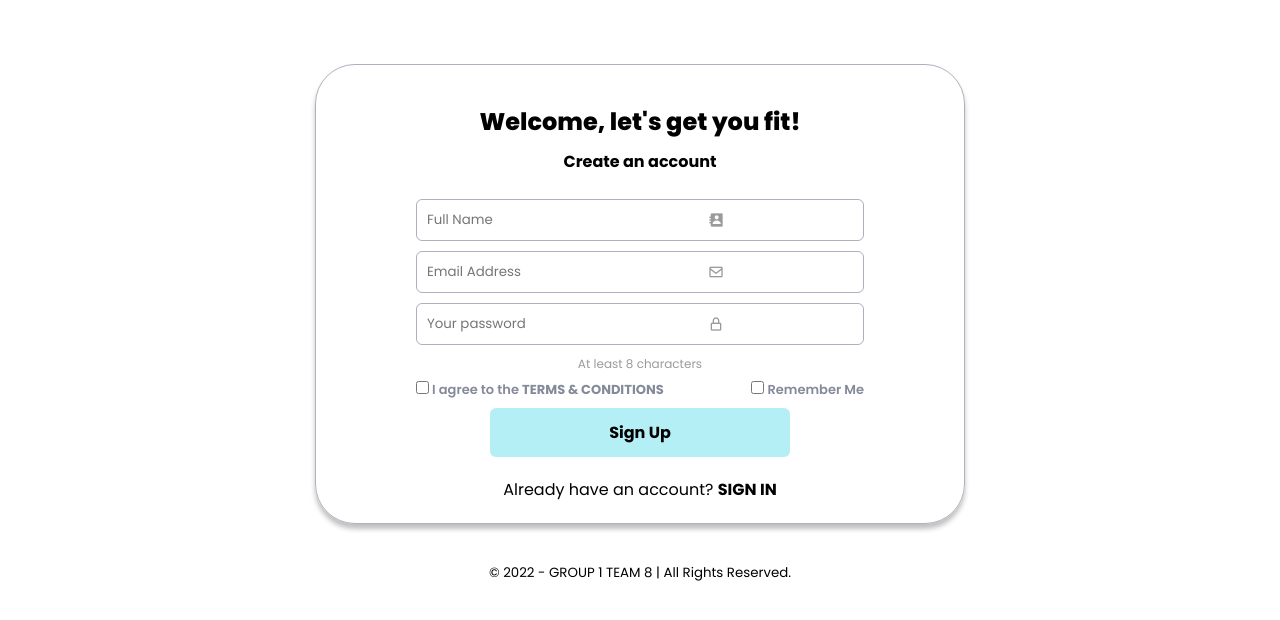
Repository: Rellzcodez/Group1-Team8
Page: pages/signup.html
The author's editor kept a copy of each file at every save. The page is drawn from the files as they stood at one save, then again after a run of saves.
The browser window is 1280 px wide. The pictures show the whole page.

Above is the page before, as saved 2022-09-12 14:01:42.

After the next 2 saves:
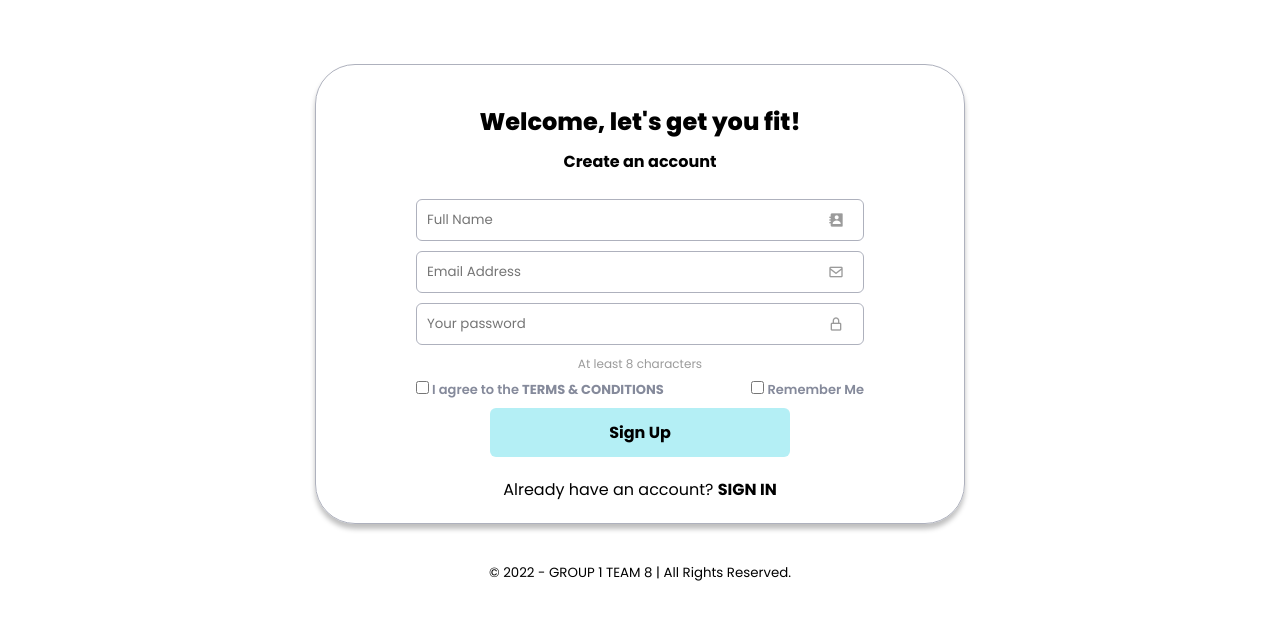
The 2 saves are shown as one change because they came seconds apart.
The last was saved 48 s later.
--- a/css/signup.css
+++ b/css/signup.css
@@ -118,7 +118,7 @@ form input:not([type='checkbox']) {
     position: absolute;
     top: 50%;
     transform: translateY(-50%);
-    right: 140px;
+    right: 20px;
     color: #9B9B9B;
     pointer-events: none;
 }
